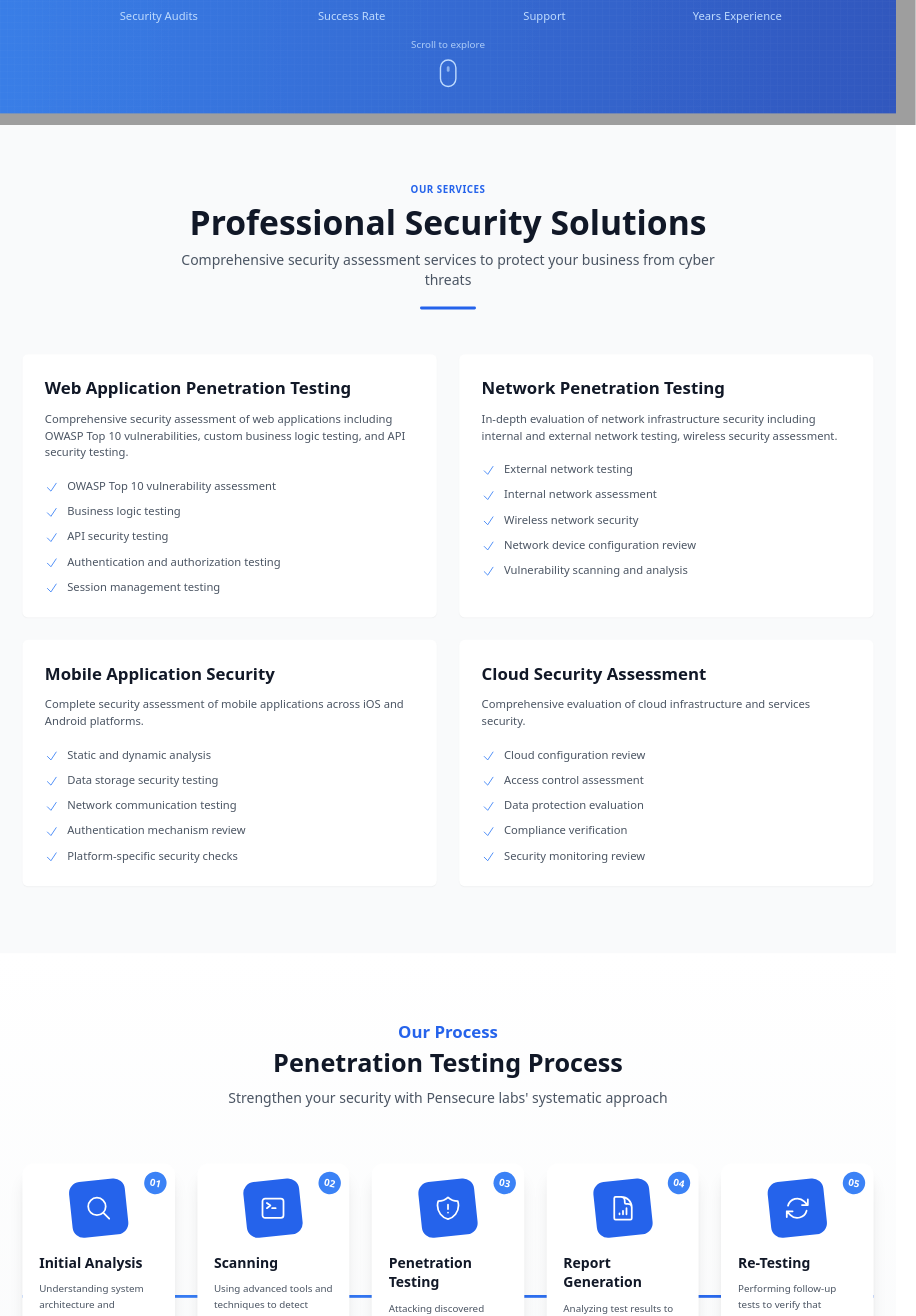
Repository: ZSayless/Penetration-test
Page: /
The author's editor kept a copy of each file at every save. The page is drawn from the files as they stood at one save, then again after the next save.
The browser window is 1280 px wide. The page is 1308 px wide, so the pictures cover 1308 px, including what lies to the right of the window. The pictures show the part of the page from y = 580 to 2460 px (the page is 7517 px tall), at 70% of full size.
Pictures or frames that could not be fetched are drawn as grey boxes. The project was rebuilt for these pictures with package versions that can differ from the ones it lists, and the page was loaded fresh each time. The framework's server and built-in components were replaced by stand-ins that run in the browser. Also part of the build but not shown: next.config.js.

Above is the page before, as saved 2024-12-06 10:38:05.

### src/app/layout.tsx
import type { Metadata } from "next";
import Navbar from "@/components/Navbar";
import "./globals.css";

export const metadata: Metadata = {
  title: "SecureTest Pro | Enterprise Cybersecurity Solutions",
  description:
    "Leading provider of advanced penetration testing and security assessment services. Protect your enterprise with our comprehensive cybersecurity solutions and expert vulnerability analysis.",
};

export default function RootLayout({
  children,
}: {
  children: React.ReactNode;
}) {
  return (
    <html lang="en">
      <body>
        <Navbar />
        {children}
      </body>
    </html>
  );
}

### src/app/page.tsx
'use client';

import Hero from '@/components/sections/Hero';
import Services from '@/components/sections/Services';
import Process from '@/components/sections/Process';
import About from '@/components/sections/About';
import Features from '@/components/sections/Features';
import Testimonials from '@/components/sections/Testimonials';
import Contact from '@/components/sections/Contact';
import WhyPentest from '@/components/sections/WhyPentest';
import FAQ from '@/components/sections/FAQ';
import Tools from '@/components/sections/Tools';

export default function Home() {
  return (
    <main>
      <Hero />
      <Services />
      <Process />
      <WhyPentest />
      <Tools />
      <About />
      <Features />
      <FAQ />
      <Testimonials />
      <Contact />
    </main>
  );
}

### src/app/globals.css
@tailwind base;
@tailwind components;
@tailwind utilities;

html {
  scroll-padding-top: 4rem;
  scroll-behavior: smooth;
}

section {
  scroll-margin-top: 4rem;
}

@keyframes blob {
  0% { transform: translate(0px, 0px) scale(1); }
  33% { transform: translate(30px, -50px) scale(1.1); }
  66% { transform: translate(-20px, 20px) scale(0.9); }
  100% { transform: translate(0px, 0px) scale(1); }
}

.animate-blob {
  animation: blob 7s infinite;
}

.animation-delay-2000 {
  animation-delay: 2s;
}

.animation-delay-4000 {
  animation-delay: 4s;
}

.bg-grid-white {
  background-image: linear-gradient(to right, rgba(255, 255, 255, 0.1) 1px, transparent 1px),
    linear-gradient(to bottom, rgba(255, 255, 255, 0.1) 1px, transparent 1px);
}

### src/components/sections/Services.tsx
'use client';

import { motion } from 'framer-motion';
import { CheckIcon } from '@heroicons/react/24/outline';

const services = [
  {
    title: "Web Application Penetration Testing",
    description: "Comprehensive security assessment of web applications including OWASP Top 10 vulnerabilities, custom business logic testing, and API security testing.",
    features: [
      "OWASP Top 10 vulnerability assessment",
      "Business logic testing",
      "API security testing",
      "Authentication and authorization testing",
      "Session management testing"
    ]
  },
  {
    title: "Network Penetration Testing",
    description: "In-depth evaluation of network infrastructure security including internal and external network testing, wireless security assessment.",
    features: [
      "External network testing",
      "Internal network assessment",
      "Wireless network security",
      "Network device configuration review",
      "Vulnerability scanning and analysis"
    ]
  },
  {
    title: "Mobile Application Security",
    description: "Complete security assessment of mobile applications across iOS and Android platforms.",
    features: [
      "Static and dynamic analysis",
      "Data storage security testing",
      "Network communication testing",
      "Authentication mechanism review",
      "Platform-specific security checks"
    ]
  },
  {
    title: "Cloud Security Assessment",
    description: "Comprehensive evaluation of cloud infrastructure and services security.",
    features: [
      "Cloud configuration review",
      "Access control assessment",
      "Data protection evaluation",
      "Compliance verification",
      "Security monitoring review"
    ]
  }
];

export default function Services() {
  return (
    <section id="services" className="py-24 bg-gray-50">
      <div className="max-w-7xl mx-auto px-4 sm:px-6 lg:px-8">
        <motion.div
          initial={{ opacity: 0, y: 20 }}
          whileInView={{ opacity: 1, y: 0 }}
          viewport={{ once: true }}
          className="text-center mb-16"
        >
          <span className="text-blue-600 font-semibold text-sm uppercase tracking-wider">Our Services</span>
          <h2 className="mt-3 text-4xl md:text-5xl font-bold text-gray-900 leading-tight">
            Professional Security Solutions
          </h2>
          <div className="mt-4 max-w-3xl mx-auto">
            <p className="text-xl text-gray-600">
              Comprehensive security assessment services to protect your business from cyber threats
            </p>
          </div>
          <div className="mt-6 flex justify-center">
            <div className="h-1 w-20 bg-blue-600 rounded-full"></div>
          </div>
        </motion.div>

        <div className="grid grid-cols-1 lg:grid-cols-2 gap-8">
          {services.map((service, index) => (
            <motion.div
              key={index}
              initial={{ opacity: 0, y: 20 }}
              whileInView={{ opacity: 1, y: 0 }}
              viewport={{ once: true }}
              transition={{ delay: index * 0.2 }}
              className="bg-white rounded-lg shadow-sm hover:shadow-md transition-shadow duration-300 overflow-hidden"
            >
              <div className="p-8">
                <h3 className="text-2xl font-semibold text-gray-900 mb-4">
                  {service.title}
                </h3>
                <p className="text-gray-600 mb-6">
                  {service.description}
                </p>
                <ul className="space-y-3">
                  {service.features.map((feature, featureIndex) => (
                    <li key={featureIndex} className="flex items-start">
                      <CheckIcon className="h-5 w-5 text-blue-500 mt-1 flex-shrink-0" />
                      <span className="ml-3 text-gray-600">{feature}</span>
                    </li>
                  ))}
                </ul>
              </div>
            </motion.div>
          ))}
        </div>
      </div>
    </section>
  );
}

### src/components/sections/Features.tsx
export default function Features() {
  const features = [
    {
      icon: "👨‍💻",
      title: "Expert Team",
      description: "Certified security professionals with years of experience"
    },
    {
      icon: "📊",
      title: "Comprehensive Reports",
      description: "Detailed findings with actionable recommendations"
    },
    {
      icon: "🔧",
      title: "24/7 Support",
      description: "Round-the-clock assistance and consultation"
    },
    {
      icon: "🛠",
      title: "Latest Tools",
      description: "Using cutting-edge security testing tools"
    }
  ];

  return (
    <section className="py-16 bg-gray-50">
      <div className="container mx-auto px-4">
        <div className="grid grid-cols-1 sm:grid-cols-2 lg:grid-cols-4 gap-6 max-w-sm sm:max-w-3xl lg:max-w-6xl mx-auto">
          {features.map((feature, index) => (
            <div
              key={index}
              className="bg-white rounded-lg shadow-sm p-6 text-center hover:shadow-md transition-shadow duration-300"
            >
              <div className="text-4xl mb-4">{feature.icon}</div>
              <h3 className="text-xl font-semibold mb-2 text-gray-900">
                {feature.title}
              </h3>
              <p className="text-gray-600">
                {feature.description}
              </p>
            </div>
          ))}
        </div>
      </div>
    </section>
  );
}

### src/components/sections/Testimonials.tsx
export default function Testimonials() {
  return (
    <section id="testimonials" className="py-20 bg-white">
      <div className="max-w-7xl mx-auto px-4 sm:px-6 lg:px-8">
        <div className="text-center">
          <h2 className="text-3xl font-extrabold text-gray-900 sm:text-4xl">
            What Our Clients Say
          </h2>
          <p className="mt-4 max-w-2xl mx-auto text-xl text-gray-500">
            Don't just take our word for it
          </p>
        </div>

        <div className="mt-20 grid grid-cols-1 gap-8 md:grid-cols-2 lg:grid-cols-3">
          {[
            {
              quote: "The team's expertise and professionalism exceeded our expectations. They found critical vulnerabilities that could have been devastating if exploited.",
              author: "John Smith",
              role: "CTO, Tech Corp",
            },
            {
              quote: "Comprehensive testing and clear reporting helped us improve our security posture significantly. Highly recommended!",
              author: "Sarah Johnson",
              role: "Security Director, Finance Plus",
            },
            {
              quote: "Their penetration testing service is thorough and their recommendations are practical and actionable.",
              author: "Mike Williams",
              role: "IT Manager, Global Retail",
            },
          ].map((testimonial, index) => (
            <div
              key={index}
              className="bg-gray-50 p-8 rounded-lg shadow-lg hover:shadow-xl transition-all duration-300"
            >
              <p className="text-gray-600 italic">"{testimonial.quote}"</p>
              <div className="mt-6">
                <p className="text-gray-900 font-semibold">{testimonial.author}</p>
                <p className="text-gray-500">{testimonial.role}</p>
              </div>
            </div>
          ))}
        </div>
      </div>
    </section>
  );
}

### src/components/sections/WhyPentest.tsx
'use client';

import { motion } from 'framer-motion';
import {
  ShieldCheckIcon,
  LockClosedIcon,
  ClipboardDocumentCheckIcon,
  ComputerDesktopIcon,
  ArrowPathRoundedSquareIcon,
  BanknotesIcon
} from '@heroicons/react/24/outline';

const reasons = [
  {
    title: "Early Threat Detection",
    description: "Identify potential vulnerabilities early to prevent malicious attacks. This is crucial for preventing data breaches and system compromises.",
    icon: ShieldCheckIcon
  },
  {
    title: "Data Protection",
    description: "Protect critical business data and customer information to prevent reputation damage and reduce legal risks.",
    icon: LockClosedIcon
  },
  {
    title: "Regulatory Compliance",
    description: "Meet various industry regulations and legal requirements through regular security testing. Prepare for regulatory audits.",
    icon: ClipboardDocumentCheckIcon
  },
  {
    title: "Cyber Attack Simulation",
    description: "Test using real hacker techniques to strengthen your organization's defense strategies.",
    icon: ComputerDesktopIcon
  },
  {
    title: "Business Continuity",
    description: "Maintain system availability and minimize business disruption by addressing vulnerabilities through penetration testing.",
    icon: ArrowPathRoundedSquareIcon
  },
  {
    title: "Cost Reduction",
    description: "Save costs by fixing system vulnerabilities before they lead to major security incidents.",
    icon: BanknotesIcon
  }
];

export default function WhyPentest() {
  return (
    <section className="py-24 bg-white">
      <div className="max-w-7xl mx-auto px-4 sm:px-6 lg:px-8">
        <motion.div
          initial={{ opacity: 0, y: 20 }}
          whileInView={{ opacity: 1, y: 0 }}
          viewport={{ once: true }}
          transition={{ duration: 0.8 }}
          className="text-center mb-16"
        >
          <h2 className="text-2xl font-semibold text-blue-600">Why Choose Us</h2>
          <h3 className="mt-2 text-4xl font-bold text-gray-900">Key Reasons for Vulnerability Assessment & Penetration Testing</h3>
        </motion.div>

        <div className="grid grid-cols-1 md:grid-cols-2 lg:grid-cols-3 gap-8">
          {reasons.map((reason, index) => (
            <motion.div
              key={index}
              initial={{ opacity: 0, y: 20 }}
              whileInView={{ opacity: 1, y: 0 }}
              viewport={{ once: true }}
              transition={{ duration: 0.5, delay: index * 0.1 }}
              className="bg-gray-50 rounded-xl p-6 hover:shadow-xl transition-shadow duration-300"
            >
              <div className="flex items-start space-x-4">
                <div className="flex-shrink-0">
                  <div className="w-12 h-12 bg-blue-100 rounded-lg flex items-center justify-center">
                    <reason.icon className="w-6 h-6 text-blue-600" />
                  </div>
                </div>
                <div>
                  <h4 className="text-lg font-semibold text-gray-900 mb-2">{reason.title}</h4>
                  <p className="text-gray-600">{reason.description}</p>
                </div>
              </div>
            </motion.div>
          ))}
        </div>
      </div>
    </section>
  );
}

### src/components/sections/FAQ.tsx
'use client';

import { useState } from 'react';

const faqs = [
  {
    question: "What is Penetration Testing?",
    answer: "Penetration Testing is a systematic process of probing for vulnerabilities in your applications and networks. It's essentially a controlled form of security testing where we attempt to breach your systems to identify potential security gaps."
  },
  {
    question: "How often should we conduct Penetration Testing?",
    answer: "We recommend conducting penetration tests at least annually, or after any major infrastructure or application changes. Regular testing helps ensure continuous security posture."
  },
  {
    question: "What types of Penetration Testing do you offer?",
    answer: "We offer comprehensive penetration testing services including Network Penetration Testing, Web Application Testing, Mobile App Security Testing, Cloud Security Assessment, and Social Engineering Testing."
  },
  {
    question: "How long does a Penetration Test take?",
    answer: "The duration varies depending on the scope and complexity of the systems being tested. Typically, a standard penetration test can take 1-3 weeks, including planning, testing, and reporting phases."
  },
  {
    question: "What deliverables can we expect?",
    answer: "You'll receive a detailed report including an executive summary, technical findings, risk ratings, proof-of-concept demonstrations, and specific remediation recommendations. We also provide post-test consultation."
  }
];

export default function FAQ() {
  const [openIndex, setOpenIndex] = useState<number | null>(null);

  return (
    <section id="faq" className="py-20 bg-gray-50">
      <div className="max-w-4xl mx-auto px-4 sm:px-6 lg:px-8">
        <h2 className="text-3xl font-bold text-center mb-12">Frequently Asked Questions</h2>
        <div className="space-y-4">
          {faqs.map((faq, index) => (
            <div
              key={index}
              className="bg-white rounded-lg shadow-sm hover:shadow-md transition-shadow duration-300"
            >
              <button
                onClick={() => setOpenIndex(openIndex === index ? null : index)}
                className="w-full px-6 py-4 text-lg font-medium text-left flex items-center justify-between"
              >
                <span>{faq.question}</span>
                <svg
                  className={`w-5 h-5 text-blue-500 transform transition-transform duration-200 ${
                    openIndex === index ? 'rotate-180' : ''
                  }`}
                  fill="none"
                  viewBox="0 0 24 24"
                  stroke="currentColor"
                >
                  <path strokeLinecap="round" strokeLinejoin="round" strokeWidth={2} d="M19 9l-7 7-7-7" />
                </svg>
              </button>
              <div
                className={`px-6 overflow-hidden transition-all duration-200 ease-in-out ${
                  openIndex === index ? 'max-h-96 pb-4' : 'max-h-0'
                }`}
              >
                <p className="text-gray-600">{faq.answer}</p>
              </div>
            </div>
          ))}
        </div>
      </div>
    </section>
  );
}

### src/components/sections/Tools.tsx
'use client';

import { motion } from 'framer-motion';
import { CommandLineIcon, ShieldCheckIcon, GlobeAltIcon, ServerIcon, WrenchScrewdriverIcon } from '@heroicons/react/24/outline';

const tools = [
  {
    name: "Acunetix",
    description: "Advanced web vulnerability scanning",
    icon: GlobeAltIcon
  },
  {
    name: "Nessus",
    description: "Comprehensive vulnerability assessment",
    icon: ShieldCheckIcon
  },
  {
    name: "Burp Suite",
    description: "Web application security testing",
    icon: CommandLineIcon
  },
  {
    name: "Metasploit",
    description: "Penetration testing framework",
    icon: ServerIcon
  },
  {
    name: "Wireshark",
    description: "Network protocol analyzer",
    icon: WrenchScrewdriverIcon
  }
];

export default function Tools() {
  return (
    <section className="py-24 bg-white">
      <div className="max-w-7xl mx-auto px-4 sm:px-6 lg:px-8">
        <motion.div
          initial={{ opacity: 0, y: 20 }}
          whileInView={{ opacity: 1, y: 0 }}
          viewport={{ once: true }}
          className="text-center mb-16"
        >
          <h2 className="text-2xl font-semibold text-blue-600">Our Arsenal</h2>
          <h3 className="mt-2 text-4xl font-bold text-gray-900">Professional Tools & Technologies</h3>
          <p className="mt-4 text-xl text-gray-600">
            We use industry-leading security tools to ensure comprehensive testing
          </p>
        </motion.div>

        <div className="grid grid-cols-2 md:grid-cols-3 lg:grid-cols-5 gap-8">
          {tools.map((tool, index) => (
            <motion.div
              key={index}
              initial={{ opacity: 0, y: 20 }}
              whileInView={{ opacity: 1, y: 0 }}
              viewport={{ once: true }}
              transition={{ delay: index * 0.1 }}
              className="flex flex-col items-center p-6 bg-gray-50 rounded-xl hover:shadow-lg transition-shadow duration-300"
            >
              <div className="w-20 h-20 mb-4 bg-blue-100 rounded-xl flex items-center justify-center">
                <tool.icon className="w-12 h-12 text-blue-600" />
              </div>
              <h4 className="text-lg font-semibold text-gray-900">{tool.name}</h4>
              <p className="text-sm text-gray-600 text-center mt-2">{tool.description}</p>
            </motion.div>
          ))}
        </div>
      </div>
    </section>
  );
}

Loaded but not shown: tailwind.config.js (18 lines, source omitted); src/components/sections/Contact.tsx (306 lines, source omitted); src/components/sections/Hero.tsx (279 lines, source omitted); src/components/sections/About.tsx (146 lines, source omitted); src/components/sections/Process.tsx (105 lines, source omitted); src/components/Navbar.tsx (114 lines, source omitted)

After the next save:
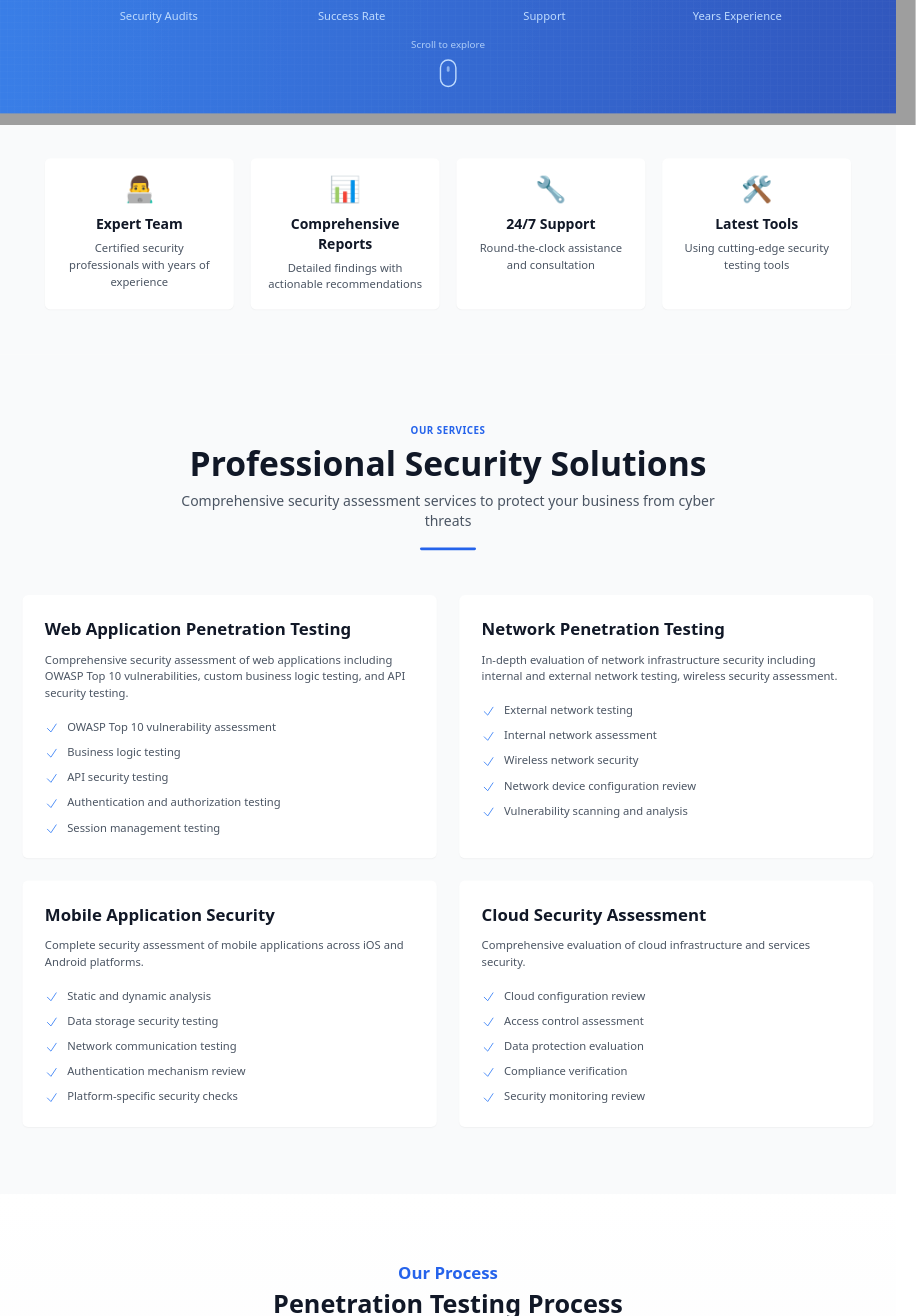
Saved 2 s later.
--- a/src/app/page.tsx
+++ b/src/app/page.tsx
@@ -15,12 +15,12 @@ export default function Home() {
   return (
     <main>
       <Hero />
+      <Features />
       <Services />
       <Process />
       <WhyPentest />
       <Tools />
       <About />
-      <Features />
       <FAQ />
       <Testimonials />
       <Contact />
